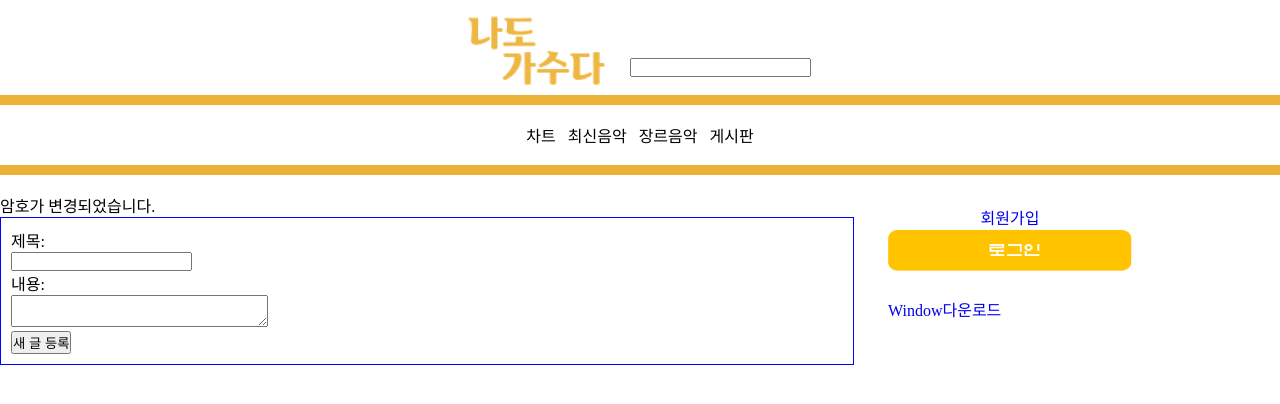
Repository: Ea-Bell/GraduationPortfolio
Page: http://localhost/WebTest/webTest/View/test/test.jsp
The author's editor kept a copy of each file at every save. The page is drawn from the files as they stood at one save, then again after the next save.
The browser window is 1280 px wide. The pictures show the whole page.
The page is served by Tomcat 9. Nobody is signed in. The application's start-up code is not run. Other server files are loaded and not shown.

Above is the page before, as saved 2020-09-16 10:34:42.

### WEB_Server/WebTest/WebContent/webTest/View/test/test.jsp
<%@ page language="java" contentType="text/html; charset=UTF-8"
	pageEncoding="UTF-8"%>
<%@ taglib uri="http://java.sun.com/jsp/jstl/core" prefix="c"%>
<!DOCTYPE html>
<html>
<head>

<meta charset="UTF-8">
<title>회원가입</title>
<link rel="stylesheet" type="text/css" href="/webTest/Model/login/info.css" />
<link rel="stylesheet" type="text/css"
	href="/webTest/Model/mainForm/mainForm.css" />
<script type="text/javascript" src="/webTest/Model/mainForm/mainForm.js"></script>
</head>
<%-- 기본 기능 스크립트--%>
<script type="text/javascript" src="/webTest/Model/login/info.js"></script>

<%-- 다음 주소 스크립트--%>
<script
	src="https://t1.daumcdn.net/mapjsapi/bundle/postcode/prod/postcode.v2.js"></script>

<body>

<header>
	<div align="center">

		<form action="mainForm.jsp" method="post">
			<!-- 헤더 -->

				<a href="/index" style="background: white;">
					 <img src="/webTest/img/logo.png"
					 style="position: relative; top: 15px; left: 0px; width: 140px; width:140px"></a>
					  <input type="text" onclick=""
					style="position: relative; left: 20px;">
				&nbsp;&nbsp;&nbsp;&nbsp;&nbsp; <br>
				<br>

				<hr id="head_line" size="10px" color="#ECB237">

				<br> <a href="" onmouseover="TextMover()"
					onmouseout="TextMount()" id="nav" style="color: black;">차트</a>
				&nbsp; <a href="/webTest/View/fileUpLoad/fileList.jsp" onmouseover="TextMover2()"
					onmouseout="TextMount2()" id="nav2" style="color: black;">최신음악</a>
				&nbsp; <a href="" onmouseover="TextMover3()"
					onmouseout="TextMount3()" id="nav3" style="color: black;">장르음악</a>
						&nbsp; <a href="/webTest/article/list.jsp"  id="nav3" style="color: black;">게시판</a>
				<br>
				<br>
		</form>



	</div>
</header>
		<hr id="head_line" size="10px" color="#ECB237">
		<br>
	<!-- 콘텐츠 -->

암호가 변경되었습니다.



	<div style="padding:10px; width: 30%; float: right;">
		<aside id="main_aside">

			<table border="0">
				<tr>
					<td><c:if test="${empty authUser }">
							<div align="center"><a href=""></a> <a href="/webTest/login/signUp.jsp">회원가입</a></div>
							<a href="/webTest/login/login.jsp" ><img alt="" src="/webTest/img/login/login.png" style="height: 42px; width: 244px;"></a>
							<br>

						</c:if> <c:if test="${!empty authUser}">
				${authUser.nickname}님, 안녕하세요.<br />
							<a href="/LogoutHandler">[로그아웃하기]</a>
							<a href="changePwdForm.jsp">[암호변경하기]</a>
									<a href="/webTest/list/newMusicForm.jsp">[마이페이지]</a>
						</c:if></td>
				</tr>
			</table>

			<br>
			<table border="0">
				<tr>

					<td>
				<a href="/webTest/나는가수다.msi" download=>Window다운로드</a>
					</td>

				</tr>
			</table>

		</aside>
		</div>

		<div id="content"  style="border:1px solid blue; padding:10px; width: 65%;  float: left;" >

<div style="float: left; width: 30%;">

<form action="/WebTest/WriteArticleHandler" method="post">
<!-- 로그인 필터 안먹혀서 로그이 관련된건 무조건 직접 처리해서 로그인여부 확인 할것. -->
<div>
<p>
	제목:<br/><input type="text" name="title" value="${param.title}">
	<c:if test="${errors.title}">제목을 입력하세요</c:if>
	</p>
</div>
<div>
<p>
	내용:<br/>
	<textarea rows="content" rows="5" cols="30">${param.content}</textarea>
</p>
</div>
<div>
	<input type="submit" value="새 글 등록">
</div>





</form>
</div>
</div>

	<!-- 바텀 -->
	<div align="center">



	</div>

</body>
</html>

### WEB_Server/WebTest/WebContent/webTest/Model/login/info.css
@charset "UTF-8";

#iColor
{
	background-color: #f0f0f5;
}
#iSpan
{
	color: red;
	align-content: center;
}

### WEB_Server/WebTest/WebContent/webTest/Model/mainForm/mainForm.css
@charset "UTF-8";
body{
	position: relative;
}

*{ margin:0; padding :0;}

img{border: 0; width:16px ; height: 16 px;}


#content{
	/* 중앙 정렬*/
	width: 960px;

	/* 수평 레이아웃 구성 */
	overflow: hidden;
}
#content > #main_section
{
	width: 650px;
	float: left;			/* 왼쪽에 붙입니다*/
}

#content > #main_aside{
	height:30%;
	width : 25%;
	float: right;           /*오른쪽에 붙입니다.*/
	margin-bottom: 20px;
	padding: 10px;

	color: #ff8000;


}



#content > #main_bside{

	width : 30%;
	height:0%;
	float: left;           /*왼쪽에 붙입니다.*/
	margin-bottom: 20px;
	padding: 10px;


}
#content > #main_cside{
	width :70%;
	height: 0%;
	float: none;           /*가운데에 붙입니다.*/
	margin-bottom: 20px;
	padding: 10px;
	border: 1px solid #e4e4e4;
	color: #ff8000;
	background-color:ff8000;
}

#textcolor{
	border: 1px solid #e4e4e4;
	color: #ff8000;
	background-color:ff8000;
}

#hr
{

}
#nav
{
	 font-family: ""
}
#winFont{
	font-family: "돋음";
	color: #1A1A1A;
}
a {
  text-decoration: none;
}

### WEB_Server/WebTest/WebContent/webTest/Model/mainForm/mainForm.js
/**
 *
 */

//문자나 이미지가 밖으로 나갔을경우
function TextMover() {
	var dama = document.getElementById('nav');
	dama.style.color="Red";
}
function ImgMover() {

}
function TextMover2() {
	var dama = document.getElementById('nav2');
	dama.style.color="Red";
}
function TextMover3() {
	var dama = document.getElementById('nav3');
	dama.style.color="Red";
}
//문자나 이미지가 밖으로 갔을경우
function TextMount() {
	var dama = document.getElementById('nav');
	dama.style.color="Black";
}
function TextMount2() {
	var dama = document.getElementById('nav2');
	dama.style.color="Black";
}
function TextMount3() {
	var dama = document.getElementById('nav3');
	dama.style.color="Black";
}
function ImgMount() {

}

### WEB_Server/WebTest/WebContent/webTest/Model/login/info.js
/**
 *
 */




function email_change(){

/*
if(document.join.email.options[document.join.email.selectedIndex].value == '0'){

 document.join.email2.disabled = true;

 document.join.email2.value = " ";
 dovument.join.email2.text = "";
}
*/



}
	function pwErrorCheck(){
	    var pw = document.join.wUserPW.value;
	    //var confirmPW = document.join.wUserPWConfirm.value;
	    if (pw.length < 6 || pw.length > 16) {
	        window.alert('비밀번호는 6글자 이상, 16글자 이하만 이용 가능합니다.');
	        document.join.pw.value =""
	        document.join.pwCheck.value="";
	        document.join.pw.focus();
	    }
	}


	function isSame(){
		var pw = document.join.pw.value;
	    var confirmPW = document.join.confirmPW.value;
		if(pw !="" && confirmPW!="") {
	        if(pw == confirmPW) {
	        	  document.getElementById('check').innerHTML='비밀번호가 일치합니다.'
	              document.getElementById('check').style.color='blue';
	        }
	        else {
	        	document.getElementById('check').innerHTML='비밀번호가 일치하지 않습니다.';
	            document.getElementById('check').style.color='red';
	        }
	    }
	}




function SetEmailTail(emailValue) {
	  if ( emailValue == "notSelected" ){
		  document.join.email2.readOnly = true;
		  document.join.email2.value = "";
	  }
	  else if ( emailValue == "etc" ) {
		  document.join.email2.readOnly = false;
		  document.join.email2.value = "";
	  } else {
		  document.join.email2.readOnly = true;
		  document.join.email2.value = emailValue;
	  }
}


function Btn(index){

	if(index ==1){
		document.join.method="post"
		document.join.action="../../test/test1.jsp";

	}
	else if(index==2)
		{
		document.join.method="post"
			document.join.action="/WebTest/Servlet";
		}
	else if(index ==3)
		{document.join.method="post"
		document.join.action="../../test/test3.jsp";
		}
	document.join.submit();
}



//본 예제에서는 도로명 주소 표기 방식에 대한 법령에 따라, 내려오는 데이터를 조합하여 올바른 주소를 구성하는 방법을 설명합니다.
function sample4_execDaumPostcode() {
    new daum.Postcode({
        oncomplete: function(data) {
            // 팝업에서 검색결과 항목을 클릭했을때 실행할 코드를 작성하는 부분.

            // 도로명 주소의 노출 규칙에 따라 주소를 표시한다.
            // 내려오는 변수가 값이 없는 경우엔 공백('')값을 가지므로, 이를 참고하여 분기 한다.
            var roadAddr = data.roadAddress; // 도로명 주소 변수
            var extraRoadAddr = ''; // 참고 항목 변수

            // 법정동명이 있을 경우 추가한다. (법정리는 제외)
            // 법정동의 경우 마지막 문자가 "동/로/가"로 끝난다.
            if(data.bname !== '' && /[동|로|가]$/g.test(data.bname)){
                extraRoadAddr += data.bname;
            }
            // 건물명이 있고, 공동주택일 경우 추가한다.
            if(data.buildingName !== '' && data.apartment === 'Y'){
               extraRoadAddr += (extraRoadAddr !== '' ? ', ' + data.buildingName : data.buildingName);
            }
            // 표시할 참고항목이 있을 경우, 괄호까지 추가한 최종 문자열을 만든다.
            if(extraRoadAddr !== ''){
                extraRoadAddr = ' (' + extraRoadAddr + ')';
            }

            // 우편번호와 주소 정보를 해당 필드에 넣는다.
            document.getElementById('sample4_postcode').value = data.zonecode;
            document.getElementById("sample4_roadAddress").value = roadAddr;
            document.getElementById("sample4_jibunAddress").value = data.jibunAddress;

            // 참고항목 문자열이 있을 경우 해당 필드에 넣는다.
            if(roadAddr !== ''){
                document.getElementById("sample4_extraAddress").value = extraRoadAddr;
            } else {
                document.getElementById("sample4_extraAddress").value = '';
            }

            var guideTextBox = document.getElementById("guide");
            // 사용자가 '선택 안함'을 클릭한 경우, 예상 주소라는 표시를 해준다.
            if(data.autoRoadAddress) {
                var expRoadAddr = data.autoRoadAddress + extraRoadAddr;
                guideTextBox.innerHTML = '(예상 도로명 주소 : ' + expRoadAddr + ')';
                guideTextBox.style.display = 'block';

            } else if(data.autoJibunAddress) {
                var expJibunAddr = data.autoJibunAddress;
                guideTextBox.innerHTML = '(예상 지번 주소 : ' + expJibunAddr + ')';
                guideTextBox.style.display = 'block';
            } else {
                guideTextBox.innerHTML = '';
                guideTextBox.style.display = 'none';
            }
        }
    }).open();
}

After the next save:
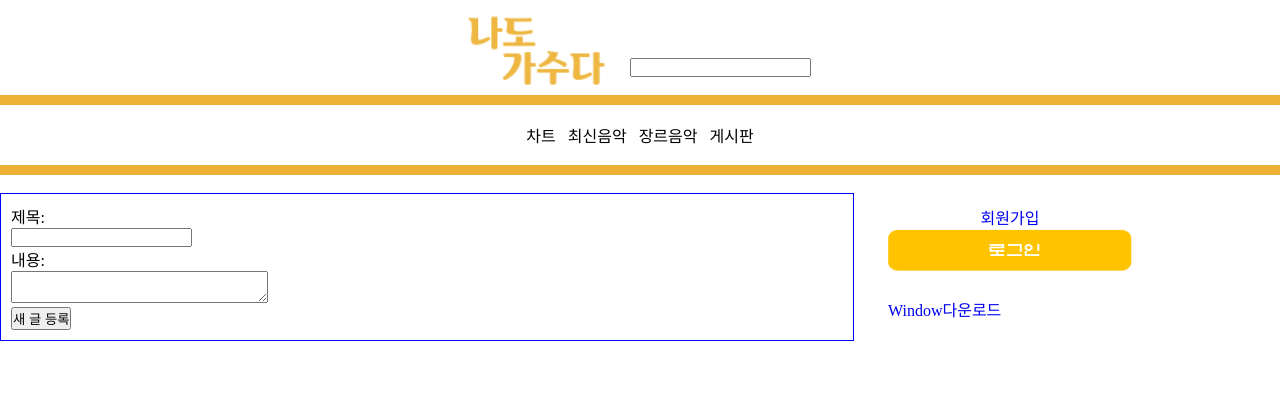
Saved 26 s later.
--- a/WEB_Server/WebTest/WebContent/webTest/View/test/test.jsp
+++ b/WEB_Server/WebTest/WebContent/webTest/View/test/test.jsp
@@ -55,11 +55,6 @@
 		<hr id="head_line" size="10px" color="#ECB237">
 		<br>
 	<!-- 콘텐츠 -->
-
-암호가 변경되었습니다.
-
-
-
 	<div style="padding:10px; width: 30%; float: right;">
 		<aside id="main_aside">
 
